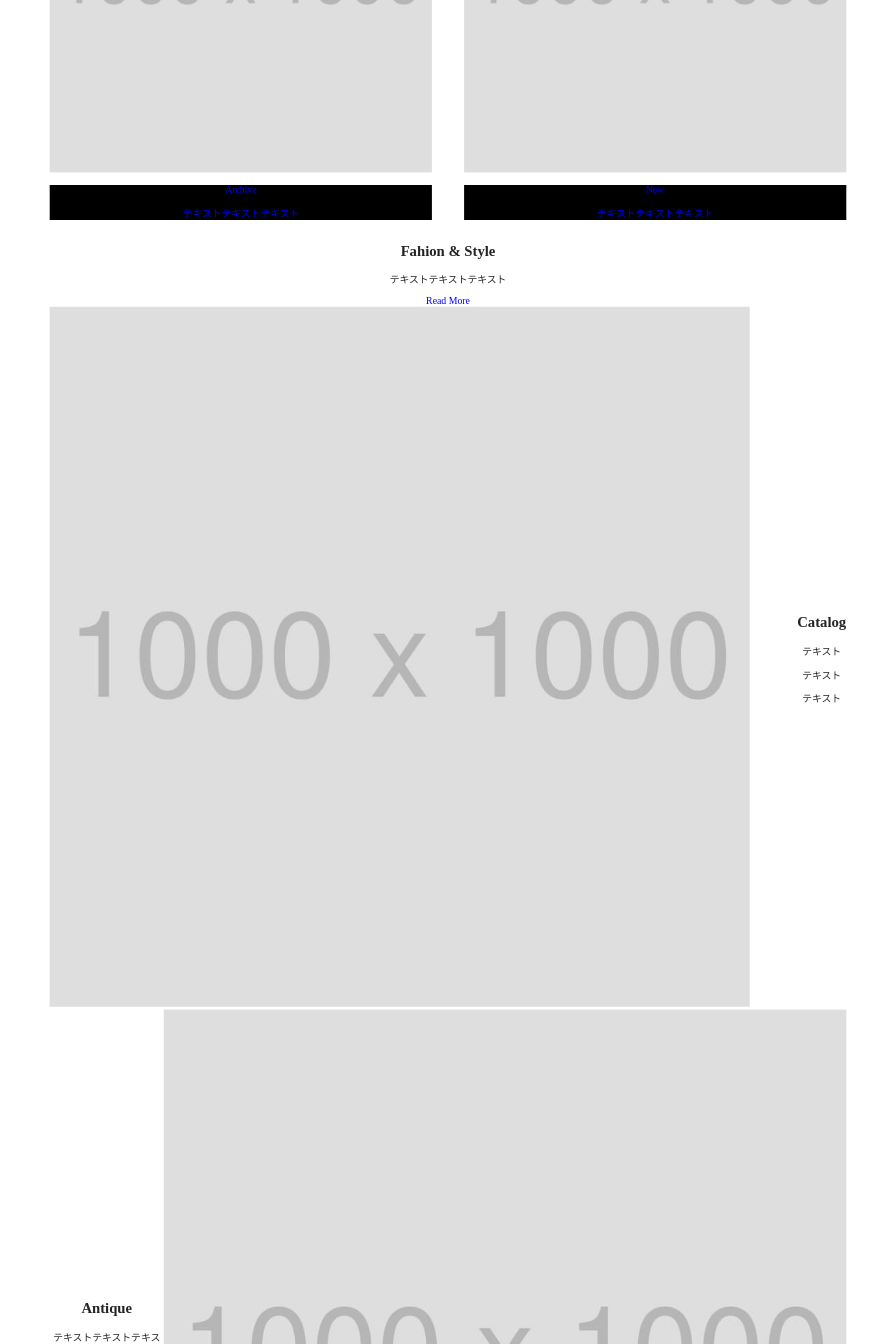
Repository: Fuki-san/bookstore
Page: http://localhost/book
An editor plug-in stored every save of this project. The page is shown before and after the next save, followed by the edit.
The browser window is 1280 px wide. The pictures show the part of the page from y = 406 to 2326 px (the page is 2993 px tall before and 3013 px after), at 70% of full size.
The page is served by the project's Laravel application, run on PHP 8.4 with Laravel 10. Other server files are loaded and not shown.

Above is the page before, as saved 2023-11-21 13:10:07.

### routes/web.php
<?php

use Illuminate\Support\Facades\Route;

/*
|--------------------------------------------------------------------------
| Web Routes
|--------------------------------------------------------------------------
|
| Here is where you can register web routes for your application. These
| routes are loaded by the RouteServiceProvider and all of them will
| be assigned to the "web" middleware group. Make something great!
|
*/

Route::get('/', function () {
    return view('welcome');
});

Route::get('book', function() {
    return view('bookstore');
})->name('book');

### resources/views/bookstore.blade.php
@extends('layouts.main')

@section('title', 'bookstore')

@section('content')
    <header id="header">
        <h1 class="site-title"><a href="#"><img src="img/logo.svg"></a></h1>
    </header>

    <main>
        <section class="wrapper" id="magazine">
            <h2 class="sec-title">A special, long article in a newspaper or magazine</h2>
            <p>テキストテキストテキスト</p>
            <div class="flex-item">
                <a href="#" class="item"><img src="img/magazine-archive.jpg"><div class="text"><p class="title">Archive</p><p>テキストテキストテキスト</p></div></a>
                <a href="#" class="item"><img src="img/magazine-new.jpg"><div class="text"><p class="title">New</p><p>テキストテキストテキスト</p></div></a>
            </div>
        </section>
        <section class="wrapper" id="fashion">
            <h2 class="sec-title">Fahion & Style</h2>
            <p>テキストテキストテキスト</p>
            <a href="#" class="btn">Read More</a>
        </section>
        <section id="catalog-antique">
            <div class="flex-item wrapper">
                <div class="item">
                    <img src="img/catalog.jpg">
                </div>
                <div class="item">
                    <h2 class="sec-title">Catalog</h2>
                    <p>テキスト</p>
                    <p>テキスト</p>
                    <p>テキスト</p>
                </div>
            </div>
        </section>

        <section id="catalog-antique">
            <div class="flex-item wrapper">
                <div class="item">
                    <h2 class="sec-title">Antique</h2>
                    <p>テキストテキストテキスト</p>
                    <p>テキストテキストテキスト</p>
                    <a href="#" class="btn">Read More</a>
                </div>
                <div class="item">
                    <img src="img/antique.jpg">
                </div>
            </div>
        </section>
    </main>

    <footer id="footer">
        <div class="flex-item wrapper">
            <div class="item"><a href="#"><img src="img/logo.svg"></a></div>
            <div class="item">
                <p class="title">タイトル</p>
                <ul>
                    <li>テキストテキストテキスト</li>
                    <li>テキストテキストテキスト</li>
                    <li>テキストテキストテキスト</li>
                </ul>
            </div>
            <div class="item">
                <p>テキストテキストテキストテキストテキスト</p>
            </div>
        </div>
        <p class="copyright">&copy; Mag88</p>
    </footer>
@endsection

### resources/views/layouts/main.blade.php
<!DOCTYPE html>
<html lang="ja">
<head>
    <meta charset="UTF-8">
    <meta name="viewport" content="width=device-width, initial-scale=1.0">
    <meta http-equiv="X-UA-Compatible" content="ie=edge">
    <link rel="stylesheet" href="{{ asset('css/reset.css') }}">
    <link rel="stylesheet" href="{{ asset('css/style.css') }}">
    <link rel="icon" href="img/favicon.ico">
    <title>@yield('title')</title>
</head>
<body>
    @yield('content')
</body>
</html>

### public/css/style.css
html{
    font-size: 100%;
}
img{
    max-width: 100%;
}
body{
    font-size: 0.875rem;
    color: #242424;
}
.wrapper{
    padding: 0 5%;
    text-align: center;
}
.flex-item{
    display: flex;
    justify-content: space-between;
    align-items: center;
}
.site-title{
    position: absolute;
    top: 30px;
    right: 30px;
}
#header{
    background-image: url(../img/mainvisual.jpg);
    background-position: center top;
    background-repeat: no-repeat;
    background-size: cover;
    position: relative;
    margin: 0 0 30px 0;
}
li{
    list-style: none;
}
a{
    text-decoration: none;
}
#magazine .flex-item .item{
    width: 48%;
}
#magazine .text{
    background-color: black;
    text-align: center;
    padding: 15;
}

### public/img/logo.svg
<?xml version="1.0" encoding="utf-8"?>
<!-- Generator: Adobe Illustrator 15.1.0, SVG Export Plug-In . SVG Version: 6.00 Build 0)  -->
<!DOCTYPE svg PUBLIC "-//W3C//DTD SVG 1.1//EN" "http://www.w3.org/Graphics/SVG/1.1/DTD/svg11.dtd">
<svg version="1.1" id="レイヤー_1" xmlns="http://www.w3.org/2000/svg" xmlns:xlink="http://www.w3.org/1999/xlink" x="0px"
	 y="0px" width="120px" height="40px" viewBox="0 0 120 40" enable-background="new 0 0 120 40" xml:space="preserve">
<text transform="matrix(1 0 0 1 11.667 -25.8213)" fill="#2B3137" font-family="'Arial-BoldMT'" font-size="31.8021">Mag88</text>
<rect fill="#2A2A2A" width="120" height="40"/>
<g>
	<path fill="#FFFFFF" d="M13.351,29.333V6.568h6.879l4.13,15.529l4.084-15.529h6.895v22.765h-4.271v-17.92l-4.519,17.92h-4.425
		l-4.503-17.92v17.92H13.351z"/>
	<path fill="#FFFFFF" d="M43.134,17.872l-3.96-0.714c0.445-1.595,1.211-2.774,2.299-3.54c1.087-0.766,2.701-1.149,4.845-1.149
		c1.946,0,3.396,0.23,4.348,0.69c0.952,0.461,1.623,1.047,2.011,1.756c0.389,0.709,0.582,2.01,0.582,3.904l-0.046,5.094
		c0,1.449,0.069,2.518,0.21,3.207c0.139,0.688,0.4,1.426,0.783,2.213h-4.316c-0.113-0.29-0.254-0.72-0.419-1.289
		c-0.073-0.259-0.124-0.43-0.155-0.513c-0.746,0.725-1.543,1.269-2.392,1.63c-0.849,0.363-1.755,0.544-2.718,0.544
		c-1.697,0-3.035-0.46-4.014-1.382s-1.467-2.086-1.467-3.494c0-0.932,0.222-1.762,0.667-2.492c0.444-0.73,1.069-1.289,1.871-1.677
		c0.802-0.389,1.959-0.728,3.471-1.018c2.039-0.383,3.452-0.739,4.239-1.071v-0.435c0-0.839-0.207-1.437-0.621-1.794
		s-1.195-0.535-2.345-0.535c-0.776,0-1.382,0.152-1.817,0.458C43.755,16.571,43.403,17.106,43.134,17.872z M48.973,21.413
		c-0.559,0.187-1.444,0.409-2.655,0.668c-1.212,0.259-2.003,0.512-2.376,0.761c-0.569,0.403-0.854,0.916-0.854,1.537
		c0,0.61,0.227,1.14,0.683,1.584c0.456,0.445,1.035,0.667,1.739,0.667c0.787,0,1.537-0.258,2.252-0.775
		c0.527-0.394,0.875-0.875,1.04-1.444c0.114-0.373,0.171-1.081,0.171-2.128V21.413z"/>
	<path fill="#FFFFFF" d="M57.157,30.419l4.984,0.605c0.083,0.58,0.274,0.979,0.574,1.196c0.414,0.311,1.066,0.466,1.957,0.466
		c1.139,0,1.992-0.171,2.563-0.512c0.383-0.229,0.673-0.596,0.869-1.104c0.135-0.362,0.202-1.029,0.202-2.003v-2.407
		c-1.304,1.781-2.95,2.672-4.938,2.672c-2.215,0-3.97-0.938-5.264-2.811c-1.015-1.48-1.521-3.324-1.521-5.529
		c0-2.764,0.664-4.875,1.995-6.335c1.33-1.46,2.983-2.189,4.962-2.189c2.039,0,3.721,0.896,5.046,2.687v-2.314h4.084V27.64
		c0,1.946-0.161,3.4-0.481,4.363s-0.771,1.719-1.351,2.268c-0.58,0.549-1.354,0.979-2.321,1.289
		c-0.969,0.311-2.192,0.466-3.673,0.466c-2.795,0-4.778-0.479-5.947-1.437c-1.17-0.957-1.755-2.172-1.755-3.642
		C57.141,30.802,57.147,30.626,57.157,30.419z M61.054,20.745c0,1.75,0.339,3.031,1.017,3.844c0.679,0.813,1.515,1.219,2.508,1.219
		c1.066,0,1.967-0.416,2.703-1.25c0.734-0.834,1.102-2.068,1.102-3.703c0-1.709-0.352-2.977-1.056-3.805s-1.595-1.242-2.671-1.242
		c-1.045,0-1.907,0.406-2.586,1.219C61.393,17.839,61.054,19.079,61.054,20.745z"/>
	<path fill="#FFFFFF" d="M79.797,17.05c-1.129-0.477-1.949-1.131-2.462-1.965c-0.513-0.833-0.769-1.746-0.769-2.74
		c0-1.697,0.593-3.101,1.778-4.208c1.185-1.107,2.87-1.662,5.054-1.662c2.164,0,3.844,0.554,5.039,1.662
		c1.196,1.108,1.794,2.511,1.794,4.208c0,1.056-0.274,1.995-0.823,2.818c-0.549,0.822-1.32,1.451-2.313,1.887
		c1.263,0.508,2.224,1.248,2.88,2.221c0.658,0.973,0.986,2.096,0.986,3.369c0,2.102-0.67,3.811-2.011,5.125
		s-3.124,1.972-5.349,1.972c-2.071,0-3.795-0.544-5.172-1.63c-1.625-1.284-2.438-3.045-2.438-5.28c0-1.231,0.305-2.362,0.916-3.394
		C77.52,18.403,78.482,17.608,79.797,17.05z M80.293,22.407c0,1.201,0.309,2.138,0.924,2.811c0.616,0.673,1.385,1.01,2.307,1.01
		c0.9,0,1.646-0.324,2.236-0.971c0.59-0.647,0.885-1.582,0.885-2.803c0-1.066-0.301-1.924-0.9-2.57
		c-0.602-0.646-1.361-0.971-2.283-0.971c-1.066,0-1.861,0.367-2.383,1.103C80.555,20.751,80.293,21.548,80.293,22.407z
		 M80.698,12.655c0,0.869,0.246,1.547,0.737,2.034c0.491,0.486,1.146,0.729,1.964,0.729c0.828,0,1.491-0.246,1.988-0.737
		s0.745-1.173,0.745-2.042c0-0.818-0.246-1.473-0.737-1.965c-0.492-0.491-1.142-0.737-1.949-0.737c-0.838,0-1.506,0.249-2.003,0.745
		C80.946,11.18,80.698,11.837,80.698,12.655z"/>
	<path fill="#FFFFFF" d="M97.484,17.05c-1.128-0.477-1.948-1.131-2.462-1.965c-0.512-0.833-0.768-1.746-0.768-2.74
		c0-1.697,0.592-3.101,1.777-4.208c1.186-1.107,2.871-1.662,5.055-1.662c2.164,0,3.844,0.554,5.039,1.662
		c1.195,1.108,1.793,2.511,1.793,4.208c0,1.056-0.273,1.995-0.822,2.818c-0.549,0.822-1.32,1.451-2.314,1.887
		c1.264,0.508,2.224,1.248,2.881,2.221c0.658,0.973,0.986,2.096,0.986,3.369c0,2.102-0.67,3.811-2.012,5.125
		c-1.34,1.314-3.123,1.972-5.349,1.972c-2.071,0-3.794-0.544-5.171-1.63c-1.625-1.284-2.438-3.045-2.438-5.28
		c0-1.231,0.305-2.362,0.916-3.394C95.207,18.403,96.168,17.608,97.484,17.05z M97.981,22.407c0,1.201,0.308,2.138,0.924,2.811
		c0.615,0.673,1.385,1.01,2.307,1.01c0.9,0,1.646-0.324,2.235-0.971c0.591-0.647,0.886-1.582,0.886-2.803
		c0-1.066-0.301-1.924-0.901-2.57s-1.361-0.971-2.282-0.971c-1.066,0-1.861,0.367-2.384,1.103S97.981,21.548,97.981,22.407z
		 M98.385,12.655c0,0.869,0.245,1.547,0.736,2.034c0.492,0.486,1.146,0.729,1.965,0.729c0.828,0,1.49-0.246,1.988-0.737
		c0.496-0.491,0.744-1.173,0.744-2.042c0-0.818-0.246-1.473-0.736-1.965c-0.492-0.491-1.143-0.737-1.949-0.737
		c-0.839,0-1.506,0.249-2.004,0.745C98.633,11.18,98.385,11.837,98.385,12.655z"/>
</g>
</svg>

After the next save:
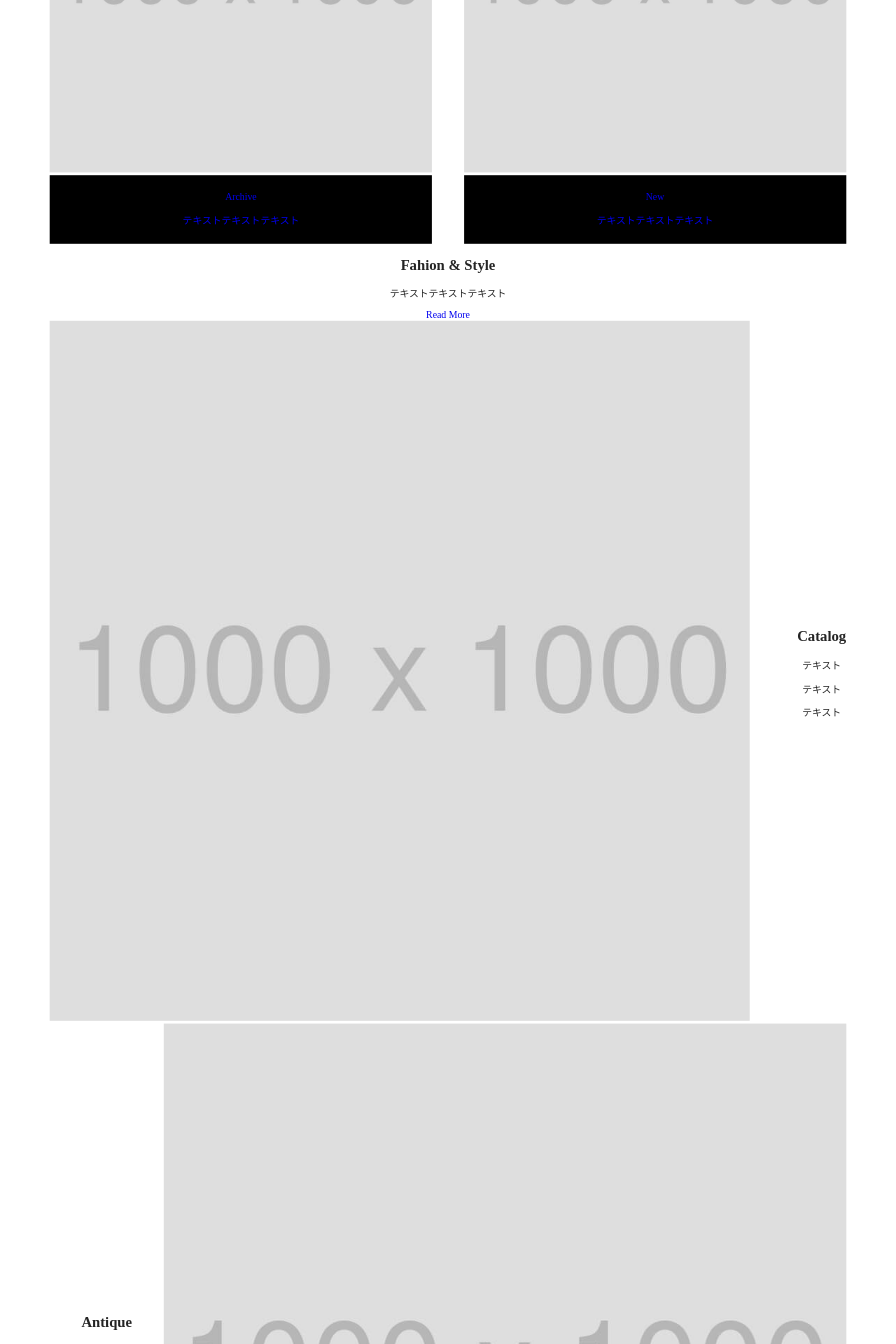
Saved 6 s later.
--- a/public/css/style.css
+++ b/public/css/style.css
@@ -42,5 +42,5 @@ a{
 #magazine .text{
     background-color: black;
     text-align: center;
-    padding: 15;
+    padding: 10px 15px;
 }
